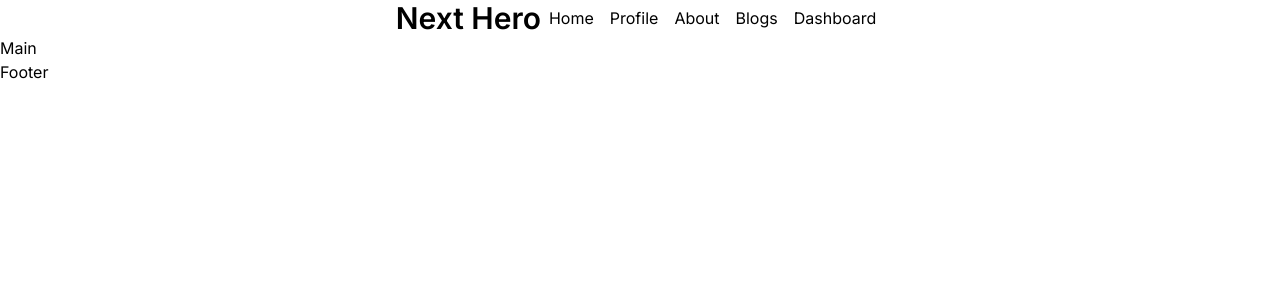
Repository: Wahid137/try-next-js
Page: /
The author's editor kept a copy of each file at every save. The page is drawn from the files as they stood at one save, then again after the next save.
The browser window is 1280 px wide. The pictures show the whole page.
The project was rebuilt for these pictures with package versions that can differ from the ones it lists, and the page was loaded fresh each time. The framework's server and built-in components were replaced by stand-ins that run in the browser. Also part of the build but not shown: next.config.js.

Above is the page before, as saved 2023-10-17 12:26:24.

### src/app/layout.js
import './globals.css'
import { Inter } from 'next/font/google'

const inter = Inter({ subsets: ['latin'] })

export const metadata = {
  title: 'Try Next js',
  description: 'Try Next js',
}

const RootLayout = ({ children }) => {
  return (
    <html lang="en">
      <body className={inter.className}>

        {children}

      </body>
    </html>
  )
}

export default RootLayout;

### src/app/(with-layout)/layout.js
import Navbar from '@/components/Navbar';
import React from 'react';

const WithLayout = ({ children }) => {
    return (
        <div>
            <Navbar />
            {children}
            <footer>Footer</footer>
        </div>
    );
};

export default WithLayout;

### src/app/(with-layout)/page.js
import Image from 'next/image'

const Home = () => {
  return (
    <main>
      <h1>Main</h1>
    </main>
  )
}

export default Home

### src/components/Navbar.jsx
import Link from "next/link";
import React from "react";
const navLinks = [
  {
    path: "/",
    title: "Home",
  },
  {
    path: "/profile",
    title: "Profile",
  },
  {
    path: "/about",
    title: "About",
  },
  {
    path: "/blogs",
    title: "Blogs",
  },
  {
    path: "/dashboard",
    title: "Dashboard",
  },
];

const Navbar = () => {
  return (
    <div>
      <nav className="flex items-center justify-center space-between">
        <h1 className="text-3xl font-semibold">Next Hero</h1>
        <ul className="flex items-center justify-center">
          {navLinks.map((navLink) => (
            <li className="mx-2" key={navLink.path}>
              <Link href={navLink}>{navLink.title}</Link>
            </li>
          ))}
        </ul>
      </nav>
    </div>
  );
};

export default Navbar;

Loaded but not shown: src/app/globals.css (common file); tailwind.config.js (common file)

After the next save:
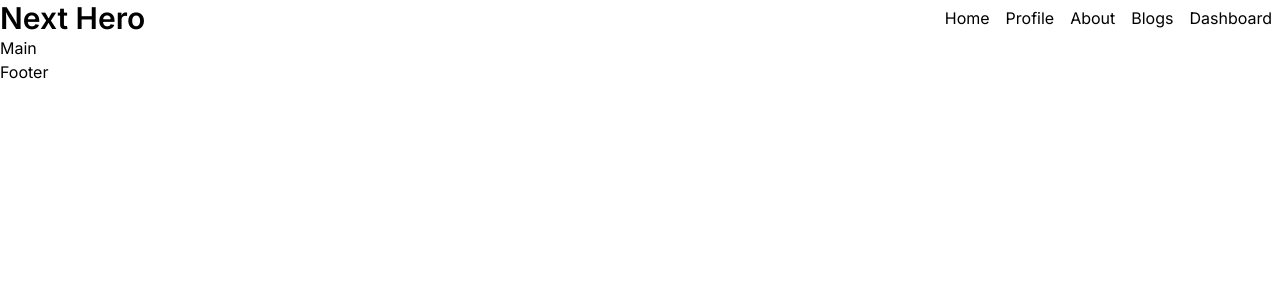
Saved 16 s later.
--- a/src/components/Navbar.jsx
+++ b/src/components/Navbar.jsx
@@ -26,7 +26,7 @@ const navLinks = [
 const Navbar = () => {
   return (
     <div>
-      <nav className="flex items-center justify-center space-between">
+      <nav className="flex items-center justify-center justify-between">
         <h1 className="text-3xl font-semibold">Next Hero</h1>
         <ul className="flex items-center justify-center">
           {navLinks.map((navLink) => (
